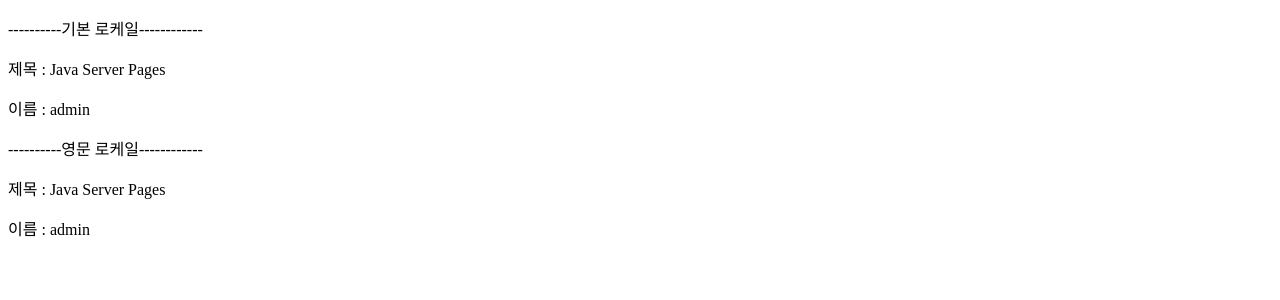
Repository: Pen-nek/Java_original
Page: http://localhost/JspBook/ch09/jstl_fmt01.jsp
These files come from the project's save history. The page is drawn as it stood at one moment and after the next save; the edit follows.
The browser window is 1280 px wide. The pictures show the whole page.
The page is served by Tomcat 9. Nobody is signed in. The application's start-up code is not run. Other server files are loaded and not shown.

Above is the page before, as saved 2019-08-23 03:27:39.

### JspBook/WebContent/ch09/jstl_fmt01.jsp
<%@ page language="java" contentType="text/html; charset=UTF-8"
    pageEncoding="UTF-8"%>
<%@ taglib prefix="fmt" uri="http://java.sun.com/jsp/jstl/fmt" %>

<!DOCTYPE html>
<html>

<head>
	<meta charset="UTF-8">
	<title>internalization</title>
</head>

<body>
	<p>----------기본 로케일------------
		<fmt:setBundle basename="bundle.myBundle" var="resourceBundle" />	<!-- basename : 프로퍼티 파일 주소. src폴더에서 시작함 / var : 프로퍼티 이름 지정 -- -->
	<p> 제목 : <fmt:message key="title" bundle="${resourceBundle}" />
	<p> <fmt:message key="username" var="userMsg" bundle="${resourceBundle}" />
	이름 : ${userMsg}

	<p>----------영문 로케일------------
		<fmt:setLocale value="en" />	<!-- 영문을 사용하겠다 -->
		<fmt:setBundle basename="bundle.myBundle" var="resourceBundle" />
	<p> 제목 : <fmt:message key="title" bundle="${resourceBundle}" />
	<p> 이름 : <fmt:message key="username" bundle="${resourceBundle}" />
</body>

</html>

After the next save:
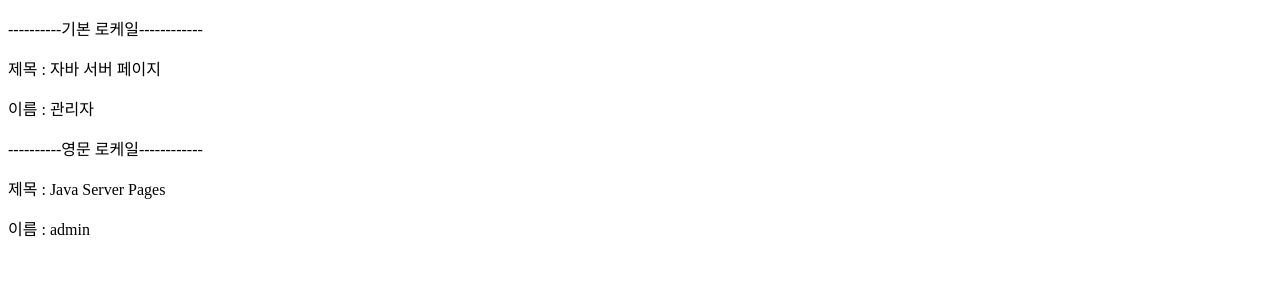
Saved 9 min 44 s later.
--- a/JspBook/WebContent/ch09/jstl_fmt01.jsp
+++ b/JspBook/WebContent/ch09/jstl_fmt01.jsp
@@ -12,6 +12,7 @@
 
 <body>
 	<p>----------기본 로케일------------
+		<fmt:setLocale value="ko" />	<!-- 영문을 사용하겠다 -->
 		<fmt:setBundle basename="bundle.myBundle" var="resourceBundle" />	<!-- basename : 프로퍼티 파일 주소. src폴더에서 시작함 / var : 프로퍼티 이름 지정 -- -->
 	<p> 제목 : <fmt:message key="title" bundle="${resourceBundle}" />
 	<p> <fmt:message key="username" var="userMsg" bundle="${resourceBundle}" />
